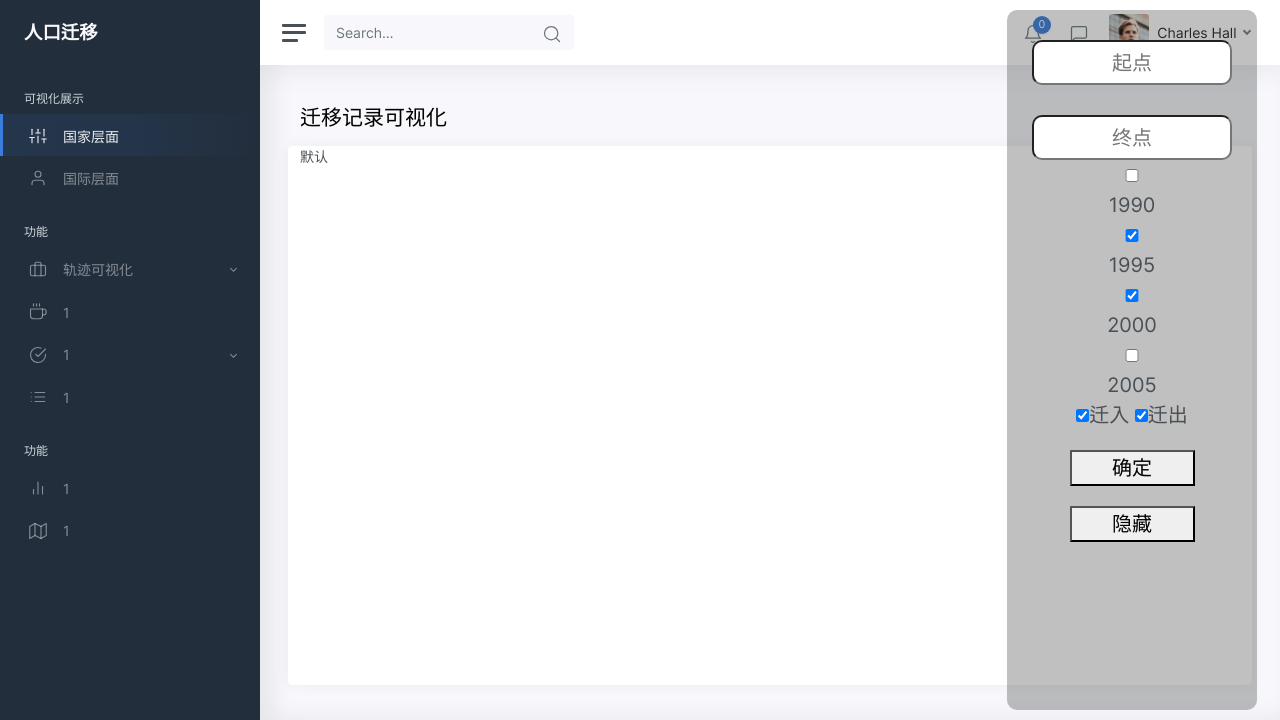
Repository: yuwei0922/WHURS-WGIS
Page: final_project/pages-profile.html
An editor plug-in stored every save of this project. The page is shown before and after the next save, followed by the edit.
The browser window is 1280 px wide. The pictures show the whole page.
Some web libraries are served in a nearby version.

Above is the page before, as saved 2022-12-25 21:24:59.
Not found: final_project/js/vendor.js

After the next save:
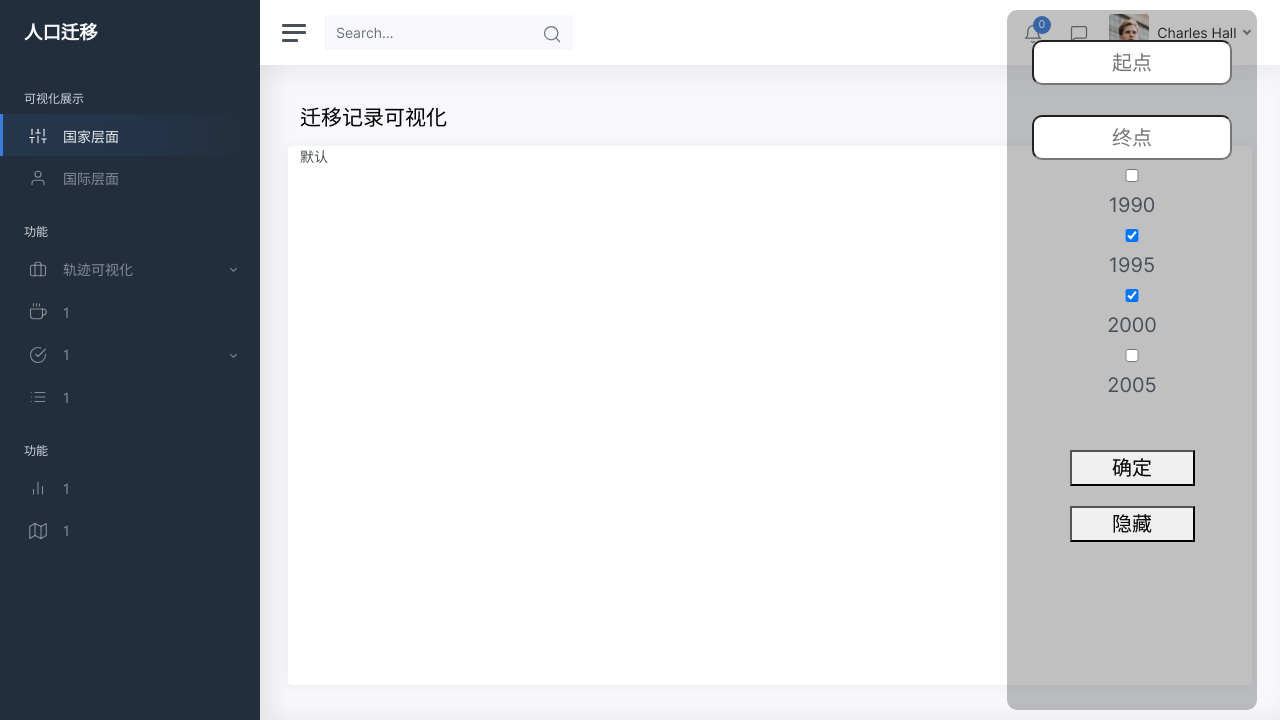
Saved 55 s later.
--- a/final_project/pages-profile.html
+++ b/final_project/pages-profile.html
@@ -311,8 +311,6 @@
 		<input type="checkbox"  name="year" value="2000" class="radiosel" style="position: static;opacity: 1;"checked>2000
 		<input type="checkbox"  name="year" value="2005" class="radiosel" style="position: static;opacity: 1;">2005
 		<br>
-		<input type="checkbox"  name="inouttype" value="in" class="radiosel2" style="position: static;opacity: 1;" checked>迁入
-		<input type="checkbox"  name="inouttype" value="out" class="radiosel2" style="position: static;opacity: 1;" checked>迁出
 		<br>
 		<button class="submitcheck2" style="width: 50%; margin-top: 20px;">确定</button>
 		<br>
--- a/final_project/js/sendguiji.js
+++ b/final_project/js/sendguiji.js
@@ -1,10 +1,8 @@
 let submitcheck2=document.querySelector('.submitcheck2')
 let yearselect=document.querySelectorAll('.radiosel')
-let inoutselect=document.querySelectorAll('.radiosel2')
 let inputori=document.getElementById('input-ori')
 let inputdes=document.getElementById('input-des')
 let yearcom=[]
-let inoutcom=[]
 let resultcom=[]
 let oritext
 let destext
@@ -13,11 +11,6 @@ submitcheck2.addEventListener('click',function(){
     for(let i=0;i<yearselect.length;i++){
         if(yearselect[i].checked){
             yearcom.push(i)
-        }
-    }
-    for(let i=0;i<inoutselect.length;i++){
-        if(inoutselect[i].checked){
-            inoutcom.push(i)
         }
     }
     oritext=inputori.value;
